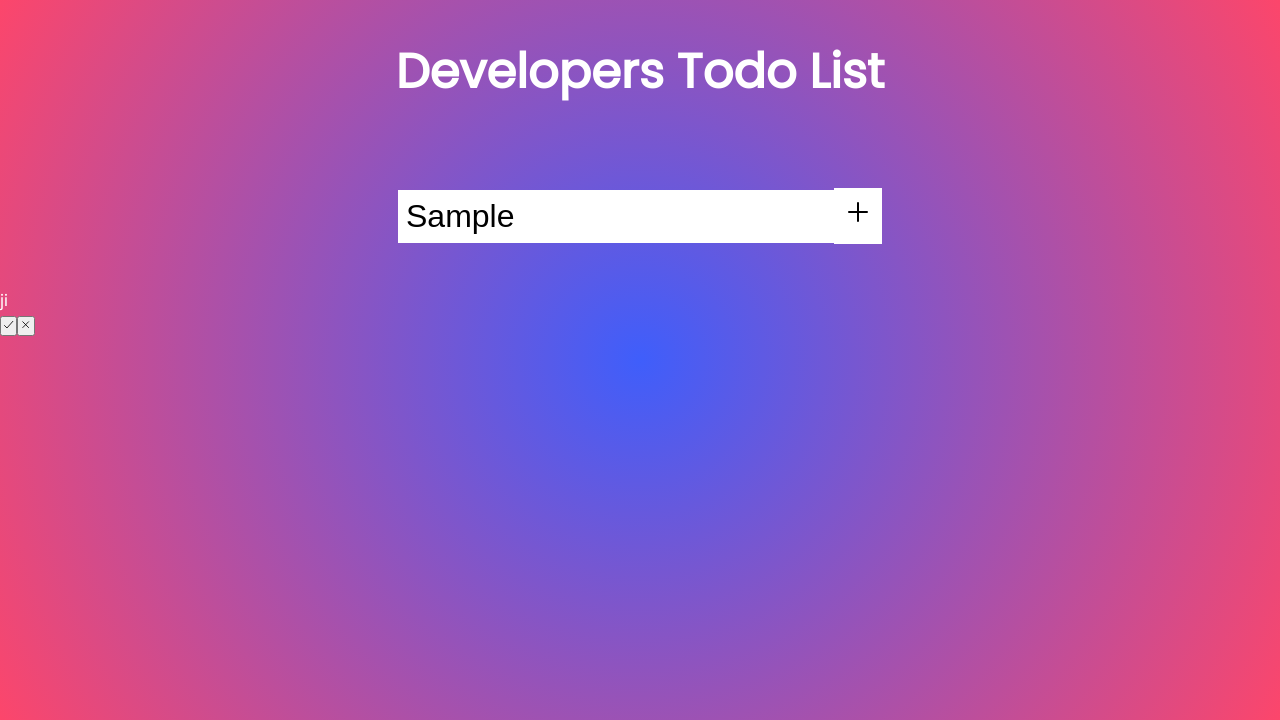
Repository: DevAntonioRogers/Vanilla-TodoList
Page: index.html
An editor plug-in stored every save of this project. The page is shown before and after the next save, followed by the edit.
The browser window is 1280 px wide. The pictures show the whole page.
Empty fields were first filled with sample values (such as "Sample", 5 or name@example.com).
After loading, the first visible `button.todo-button` was clicked once.

Above is the page before, as saved 2023-05-12 00:15:23.

### index.html
<!DOCTYPE html>
<html lang="en">
  <head>
    <meta charset="UTF-8" />
    <meta http-equiv="X-UA-Compatible" content="IE=edge" />
    <meta name="viewport" content="width=device-width, initial-scale=1.0" />
    <link rel="preconnect" href="https://fonts.googleapis.com" />
    <link rel="preconnect" href="https://fonts.gstatic.com" crossorigin />
    <link href="https://fonts.googleapis.com/css2?family=Poppins&display=swap" rel="stylesheet" />
    <link rel="stylesheet" href="style.css" />
    <title>To-do</title>
  </head>
  <body>
    <header>
      <h1>Developers Todo List</h1>
    </header>
    <form action="">
      <input type="text" class="todo-input" />
      <button class="todo-button">
        <ion-icon name="add-outline"></ion-icon>
      </button>
    </form>

    <div class="todo-container">
      <ul class="todo-list"></ul>
    </div>

    <script type="module" src="https://unpkg.com/ionicons@7.1.0/dist/ionicons/ionicons.esm.js"></script>
    <script nomodule src="https://unpkg.com/ionicons@7.1.0/dist/ionicons/ionicons.js"></script>
    <script src="app.js"></script>
  </body>
</html>

### style.css
* {
  padding: 0;
  box-sizing: border-box;
  margin: 0;
}

body {
  background: rgb(63, 94, 251);
  background: radial-gradient(circle, rgba(63, 94, 251, 1) 0%, rgba(252, 70, 107, 1) 100%);
  color: white;
  font-family: "Poppins", sans-serif;
  min-height: 100vh;
}

header {
  font-size: 1.5rem;
}

header,
form {
  min-height: 20vh;
  display: flex;
  align-items: center;
  justify-content: center;
}

form input,
form button {
  padding: 0.5rem;
  font-size: 2rem;
  background-color: white;
  border: none;
}

form button {
  color: black;
  cursor: pointer;
  background-color: white;
}

### app.js
const todoInput = document.querySelector('.todo-input')
const todoButton = document.querySelector('.todo-button')
const todoList = document.querySelector('.todo-list')

todoButton.addEventListener('click', (e) => {
  e.preventDefault()
  const todoDiv = document.createElement('div')
  todoDiv.classList.add('todo')
  const newTodo = document.createElement('li')
  newTodo.innerText = 'ji'
  newTodo.classList.add('todo-item')
  todoDiv.appendChild(newTodo)
  console.log(newTodo)

  const completedButton = document.createElement('button')
  completedButton.innerHTML = '<ion-icon name="checkmark-outline"></ion-icon>'
  completedButton.classList.add('complete-button')
  todoDiv.appendChild(completedButton)

  const deleteButton = document.createElement('button')
  deleteButton.innerHTML = '<ion-icon name="close-outline"></ion-icon>'
  deleteButton.classList.add('delete-button')
  todoDiv.appendChild(deleteButton)

  todoList.appendChild(todoDiv)
})

After the next save:
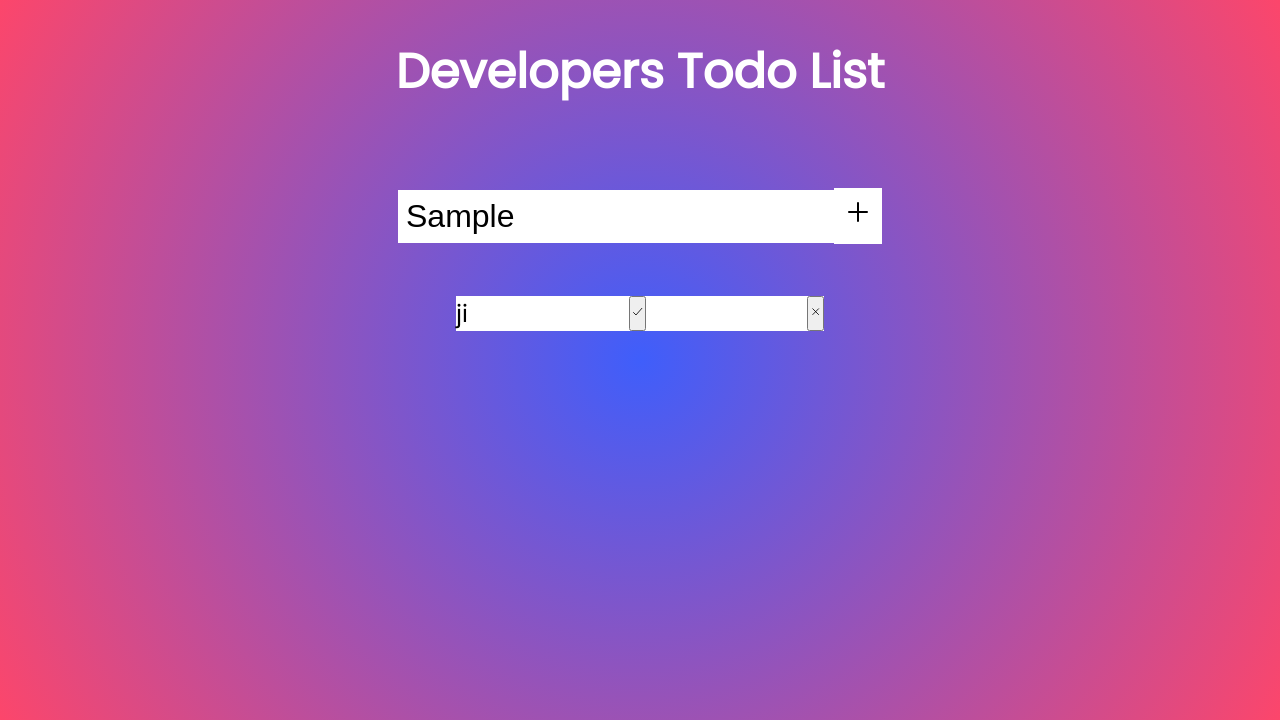
Saved 111 s later.
--- a/style.css
+++ b/style.css
@@ -37,3 +37,23 @@ form button {
   cursor: pointer;
   background-color: white;
 }
+
+.todo-container {
+  display: flex;
+  justify-content: center;
+  align-items: center;
+}
+
+.todo-list {
+  min-width: 30%;
+  list-style: none;
+}
+
+.todo {
+  margin: 0.5rem;
+  background-color: white;
+  color: black;
+  font-size: 1.5rem;
+  display: flex;
+  justify-content: space-between;
+}
